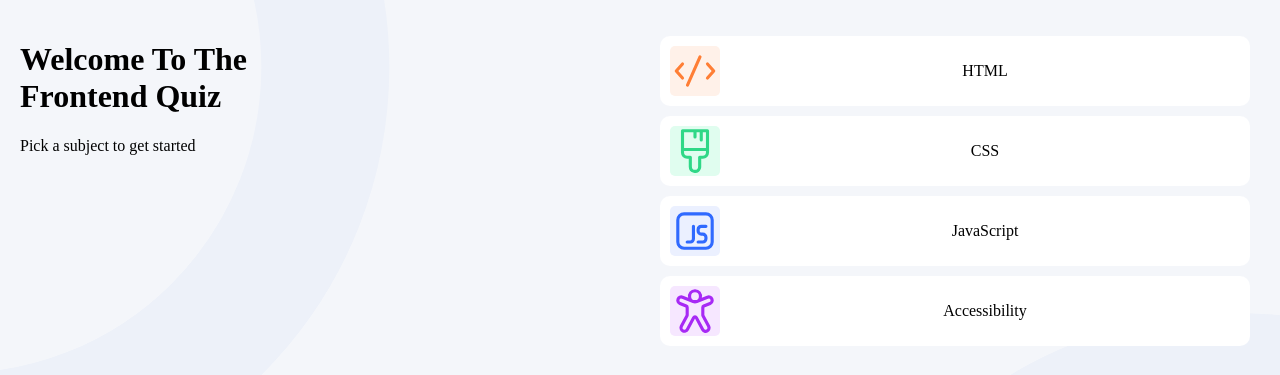
Repository: Daniel054311/Quiz-app-V1
Page: index.html
The author's editor kept a copy of each file at every save. The page is drawn from the files as they stood at one save, then again after the next save.
The browser window is 1280 px wide. The pictures show the whole page.

Above is the page before, as saved 2024-01-28 15:28:16.

After the next save:
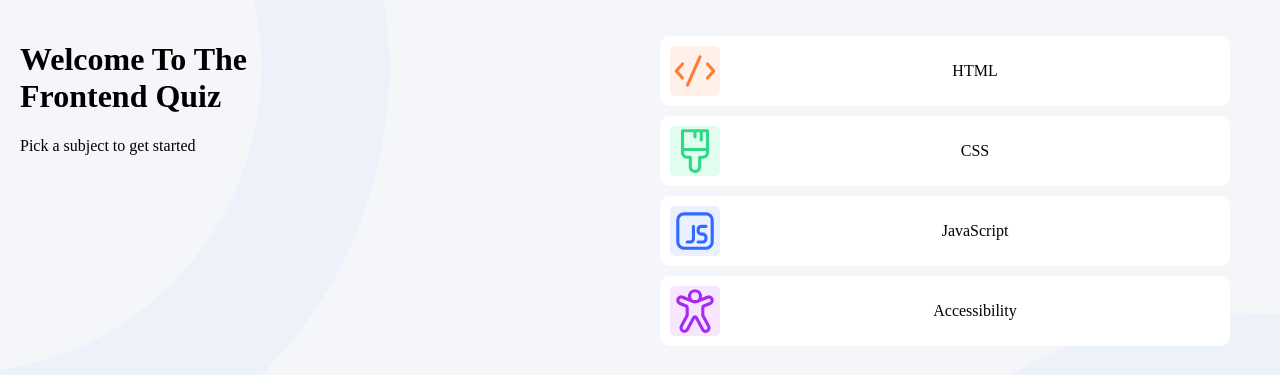
Saved 96 s later.
--- a/asset/css/index.css
+++ b/asset/css/index.css
@@ -39,7 +39,7 @@
   }
 
   .navigation li {
-    margin-right: 10px;
+    margin-right: 30px;
     margin-bottom: 10px;
     text-align: center;
     justify-content:

After the 2 saves that followed:
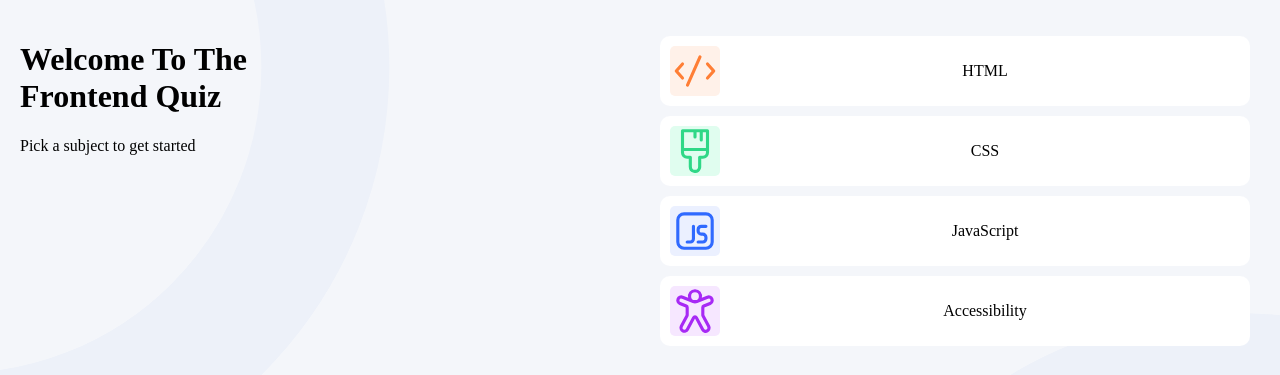
The 2 saves are shown as one change because they came seconds apart.
The last was saved 49 s later.
--- a/asset/css/index.css
+++ b/asset/css/index.css
@@ -39,7 +39,7 @@
   }
 
   .navigation li {
-    margin-right: 30px;
+    margin-right: 10px;
     margin-bottom: 10px;
     text-align: center;
     justify-content:
